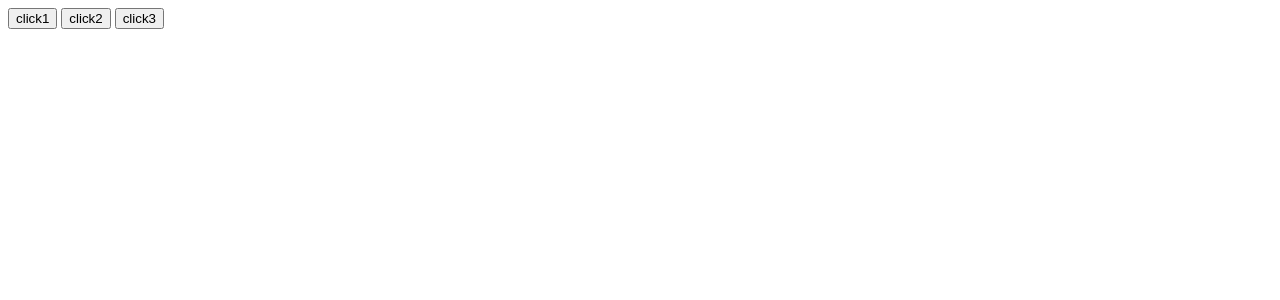
Repository: mirror-neuron/JsonStudy
Page: JsonApp01/WebContent/JsonTest12.html
The author's editor kept a copy of each file at every save. The page is drawn from the files as they stood at one save, then again after the next save.
The browser window is 1280 px wide. The pictures show the whole page.

Above is the page before, as saved 2019-06-03 00:17:33.

After the next save:
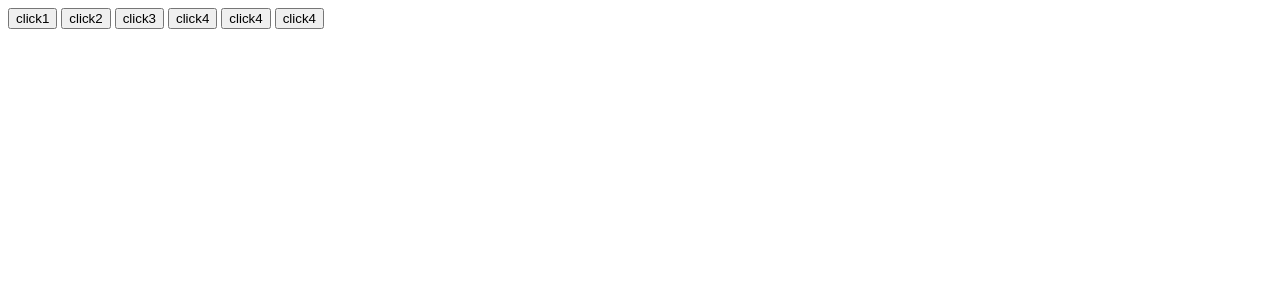
Saved 63 s later.
--- a/JsonApp01/WebContent/JsonTest12.html
+++ b/JsonApp01/WebContent/JsonTest12.html
@@ -19,6 +19,8 @@
 	<!-- object -->
 	<input type="button" value="click2" onclick="alert(typeof obj8.superman)" />
 	<input type="button" value="click3" onclick="alert(obj8.superman.name)" />
-	<inpute></inpute>
+	<input type="button" value="click4" onclick="alert(typeof obj8.superman.name)" />
+	<input type="button" value="click4" onclick="alert(obj8.superman.age)" />
+	<input type="button" value="click4" onclick="alert(typeof obj8.superman.age)" />
 
 </form>
